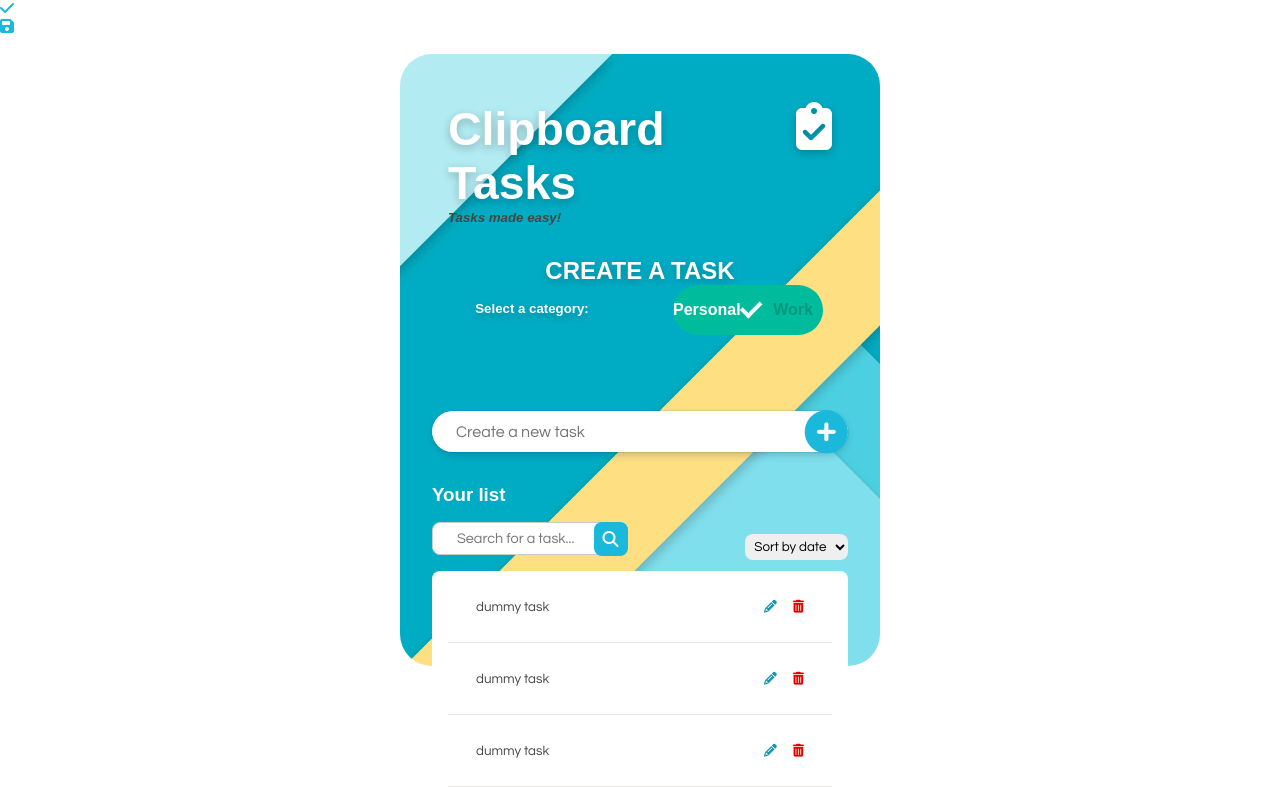
Repository: WesleyErasmus/Todo-App
Page: todoApp.html
These files come from the project's save history. The page is drawn as it stood at one moment and after the next save; the edit follows.
The browser window is 1280 px wide. The pictures show the whole page.
Some web fonts or font styles are not loaded; a fallback is used. Some web libraries are served in a nearby version.

Above is the page before, as saved 2022-06-12 17:07:27.

### todoApp.html
<!DOCTYPE html>
<html lang="en">
<head>
    <meta charset="UTF-8">
    <meta http-equiv="X-UA-Compatible" content="IE=edge">
    <meta name="viewport" content="width=device-width, initial-scale=1.0">
    <title>Todo App</title>
    <script src="https://kit.fontawesome.com/81ea498f91.js" crossorigin="anonymous"></script>
    <link rel="stylesheet" href="/source/css/todoApp.css">
    <script src="/source/script/todoApp.js" defer></script>
</head>
<body>
    <!-- App wrapper -->
    <main class="app-wrapper">
        <!-- App header -->
        <header>
            <div>
            <h1 class="slogan">Clipboard Tasks</h1>
            <h5 class="slogan-2"><em>Tasks made easy!</em></h5>
            </div>
            <div id="jumbotron-logo"><i class="fa-solid fa-clipboard-check fa-3x"></i></div>
        </header>

        <h2 id="create-task-heading">CREATE A TASK</h2>

        <!-- Categories section -->
        <section>
        <form id="todo-list-form">
           <div class="test">

            <h5 class="category-heading">Select a category:</h5>

            <div class="toggle-radio">
                <input type="radio" name="rdo" id="yes" checked>
                <input type="radio" name="rdo" id="no">
                <div class="switch">
                  <label for="yes">Personal</label>
                  <label for="no">Work</label>
                  <span></span>
                </div>
              </div>

            </div>
            <!-- <div class="category-selectors"> -->
                <!-- Personal category (make to assign as default, unless user selects work category) -->
                <!-- <label id="personal-label-btn">
                    <input type="radio" name="category" value="Personal" id="personal-category" />
                    <div>Personal</div>
                </label> -->
                <!-- Work category -->
                <!-- <label id="work-label-btn">
                    <input type="radio" name="category" value="Work" id="work-category" />
                    <div>Work</div>
                </label>
            </div> -->
            <!-- End of radio categories div -->
            <div class="create-submit">
            <input type="text" name="create-task" id="create-task" placeholder="Create a new task" />
            <button id="task-submit-btn" type="submit" value="create-new-task">
                <i class="fa-solid fa-circle-plus"></i>
            </button>
        </div>
        </form>
        </section>

        <!-- Task list is created here, new tasks are outputted below -->
        <section class="todo-list-output">
            <div id="list-header">
            <h3>Your list</h3>
            </div>
            <!-- SEARCH BAR -->
            <div id="search-filter-section">
                <form id="search-bar">
                <input type="text"
                id="search-bar"
                placeholder="Search for a task...">
                <button type="submit"><i class="fa fa-search"
                id="search-submit-btn"></i></button>
                </form>
                <!-- Classic filter dropdown -->
                <div>
                    <select name="filter" id="filter">
                    <option value="Date">Sort by date</option>
                    <option value="Name">Sort by title</option>
                    </select>
                    <!-- <i class="fa-solid fa-arrow-down-wide-short"></i> -->
                </div>

                </div>
            <!-- Actual task list output -->
            <div class="tasks" id="tasks">

                <div class="dummy-task">

                    <div class="task-name">
                        <input type="text"
                        class="text"
                        value="dummy task"
                        readonly>
                        <div class="edit-delete">
                            <button class="edit"><i class="fa-solid fa-pencil"></i></button>
                            <button class="delete"><i class="fa fa-trash" aria-hidden="true"></i></button>
                        </div>
                    </div>
                </div>

                <div class="dummy-task">

                    <div class="task-name">
                        <input type="text"
                        class="text"
                        value="dummy task"
                        readonly>
                        <div class="edit-delete">
                            <button class="edit"><i class="fa-solid fa-pencil"></i></button>
                            <button class="delete"><i class="fa fa-trash" aria-hidden="true"></i></button>
                        </div>
                    </div>
                </div>

                <div class="dummy-task">

                    <div class="task-name">
                        <input type="text"
                        class="text"
                        value="dummy task"
                        readonly>
                        <div class="edit-delete">
                            <button class="edit"><i class="fa-solid fa-pencil"></i></button>
                            <button class="delete"><i class="fa fa-trash" aria-hidden="true"></i></button>
                        </div>
                    </div>
                </div>

            </div>

        </section>

    </main> <!-- End of App wrapper -->
        <!-- Save icon and task complete icon -->
                <li><i class="fa-solid fa-check"></i></li>
                <li><i class="fa-solid fa-floppy-disk"></i></li>

</body>
</html>

### source/css/todoApp.css
@import url('https://fonts.googleapis.com/css2?family=Lexend+Tera:wght@100&family=Questrial&display=swap');


/* CSS Variables */
:root {
    --background-color: #fff;
    --primary: #1AB8DB;
    --secondary: #1593AF;
    --delete: #E50000;
    --grey: #ccc9c9;
    --dark-grey: #444444;

    --text-shadows: text-shadow: rgba(0, 0, 0, 0.24) 0px 3px 8px;
    --box-shadows: box-shadow: rgba(9, 30, 66, 0.25) 0px 4px 8px -2px, rgba(9, 30, 66, 0.08) 0px 0px 0px 1px;

    /* add linear gradients */
}

/* Universal selector styling */
* {
    box-sizing: border-box;
    margin: 0;
    padding: 0;
    font-family: 'Lexend Tera', sans-serif;
    list-style: none;
}

/* Below will remove input and checkbox default styling */
input:not([type="radio"]):not([type="checkbox"]), button {
	appearance: none;
	border: none;
	outline: none;
	background: none;
	cursor: initial;
}

/* *** UNIVERSAL BUTTON STYLING *** */
button {
	appearance: none;
	border: none;
	outline: none;
	background: none;
	cursor: initial;
    cursor: pointer;
}

body {
    background-color: var(--background-color);
    color: var(--primary);
}

main {
    padding-top: 2rem;
    background-color: var(--secondary);
    background-image: url(/images/bg-1.jpg);
    background-size: cover;
    background-position: center;
    background-repeat: no-repeat;
    border-radius: 2rem;
    padding-left: 2rem;
    padding-right: 2rem;
    flex: 1 1 0%;
    align-items: center;
    justify-content: center;
    max-width: 480px;
    height: 85vh;
    width: 100%;
    position: absolute;
    top: 50%;
    left: 50%;
    margin-right: -50%;
    transform: translate(-50%, -50%)
}

section {
    margin-top: 1rem;
    margin-bottom: 2rem;
}

header {
    display: flex;
    justify-content: space-between;
    padding: 1rem;
    border-radius: 1rem;
    /* add gradient color to font and logo */
}
.slogan {
    color: #fff;
    font-family: 'Lexend Tera', sans-serif;
    font-size: 2.9rem;
    text-shadow: rgba(0, 0, 0, 0.24) 0px 3px 8px;
    /* -webkit-background-clip: text;
    -webkit-text-fill-color: transparent; */
}
.slogan-2 {
    color: #444444;
}

#jumbotron-logo {
    color: #fff;
    text-shadow: rgba(0, 0, 0, 0.24) 0px 3px 8px;
}
/* create task H3 styling*/
#create-task-heading {
    color: var(--background-color);
    margin-top: 1rem;
    text-align: center;
    text-shadow: rgba(0, 0, 0, 0.24) 0px 3px 8px;
}
/* Select category h2 styling */
.category-heading {
    color: var(--background-color);
    text-align: center;
    margin-bottom: 0.75rem;
    text-shadow: rgba(0, 0, 0, 0.24) 0px 3px 8px;
}

/* Work / personal category selector styling */
.category-selectors {
    display: grid;
    grid-template-columns: repeat(2, 1fr);
    grid-gap: 1rem;
    margin-bottom: 1rem;
}

label {
    font-family: 'Karla', sans-serif;
    font-weight: 590;
}

.category-selectors label{
    display: flex;
    flex-direction: column;
    justify-content: center;
    align-items: center;
    background-color: var(--primary);
    padding: 1rem 2rem;
    border-radius: 999999px;
    color: #fff;
    box-shadow: var(--box-shadows);
}

/* change the below id to #work-category-btn */
#work-label-btn {
    font-family: 'Karla', sans-serif;
    background-color: var(--grey);
}

#create-task {
    margin-top: 75px;
    font-family: 'Questrial', sans-serif;
	display: block;
	width: 100%;
	font-size: 1rem;
	padding: 0.79rem 1.5rem;
    padding-right: 0rem;
	color: var(--dark-grey);
	background-color: var(--background-color);
    box-shadow: rgba(9, 30, 66, 0.25) 0px 4px 8px -2px, rgba(9, 30, 66, 0.08) 0px 0px 0px 1px;
    border-radius: 9999px;

}

/* change to task add btn */
#task-submit-btn{
    position: absolute;
    display: block;
    right: 0rem;
    bottom: -0.5px;
    border: none;
    background-color: transparent;
    color: var(--primary);
}

.fa-circle-plus {
    font-size: 2.7rem;
}

/* add gradient color to fa-logo */

.create-submit {
    position: relative;
    display: flex;
    justify-content: center;
    align-items: center;
    text-align: center;
    margin-top: 0.5rem;
}

.create-task {
    text-align: center;
}

#list-header {
width: 80%;
display: flex;
justify-content: space-between;
margin-bottom: 1rem;
color: #fff;
}

#search-filter-section {
    display: flex;
    margin: 0 auto;
    justify-content: space-between;
    margin-top: 1rem;
    text-align: center;
    align-items: center;
}

#search-bar {
    position: relative;
    display: flex;
    justify-content: center;
    align-items: center;
    width: 47%;
}

#search-bar input{
    font-family: 'Questrial', sans-serif;
	display: block;
	width: 100%;
	font-size: 0.9rem;
	padding: 0.50rem 1.5rem;
    padding-right: 0rem;
	color: var(--dark-grey);
	background-color: var(--background-color);
    border: 0.1px solid var(--grey);
    border-radius: 0.5rem;
    margin-bottom: 1rem;
}

#search-submit-btn {
    position: absolute;
    display: block;
    right: 0rem;
    top: 0;
    background-color: var(--primary);
    border-top-left-radius: 0.5rem;
    border-bottom-left-radius: 0.5rem;
    border-top-right-radius: 0.5rem;
    border-bottom-right-radius: 0.5rem;
    padding: 0.56rem;
    color: #fff;
}

/* Font-awesome search icon styling */
.fa-search {
    font-size: 1rem;
    color: var(--primary);
}

/* Filter styling */
.filter {
    font-family: 'Questrial', sans-serif;
    font-size: 1.1rem;
    font-weight: 500;
    color: var(--secondary);
    text-shadow: var(--text-shadows);
}

.fa-arrow-down-wide-short {
    color: var(--primary);
}

select {
    margin-left: 0.3rem;
    padding: 0.3rem;
    border: none;
    outline: 0;
    /* border: 1px var(--grey) solid; */
    border-radius: 0.5rem;
    font-family: 'Questrial', sans-serif;
    box-shadow: var(--box-shadows);
}
option {
    font-family: 'Questrial', sans-serif;
}

#tasks {
    border-radius: 0.5rem;
    background-color: #fff;
}

#tasks .task-name {
    display: flex;
    justify-content: space-between;
    background-color: var(--background-color);
    padding: 1.75rem;
    background-color: #fff;
    margin-bottom: 0rem;
    margin: 0 1rem;
    border-bottom: 0.01px solid rgba(229, 225, 225, 0.919);
}

.dummy-task .task-name {
    flex: 1 1 0%;
}

.dummy-task .task-name .text {
    color: var(--dark-grey);
    font-family: 'Questrial', sans-serif;
    width: 100%;
    display: block;
    transition: 0.4s;
}

.dummy-task .edit-delete {
    display: flex;
    margin: 0 -0.5rem;

}

/* Edit button styling */

.fa-pencil {
    color: var(--secondary);
}

.fa-trash {
    color: var(--delete);
}

.dummy-task .edit-delete button {
    cursor: pointer;
    margin: 0 0.5rem;
    font-size: 0.8rem;
    font-weight: 700;
    text-transform: uppercase;
    transition: 0.4s;
}



/* CATEGORY TOGGLE */

.test {
    display: grid;
    grid-template-columns: repeat(2, 1fr);
    grid-gap: 1rem;
    margin-bottom: 1rem;
    margin: 0 auto;
}

.toggle-radio {
    position: relative;
}

.switch {
    position: absolute;
    top: 50%;
    left: 50%;
    width: 150px;
    height: 50px;
    text-align: center;
    margin: -30px 0 0 -75px;
    background: #00bc9c;
    transition: all 0.2s ease;
    border-radius: 25px;
  }
  .switch span {
    position: absolute;
    width: 20px;
    height: 4px;
    top: 50%;
    left: 50%;
    margin: -2px 0px 0px -4px;
    background: #fff;
    display: block;
    transform: rotate(-45deg);
    transition: all 0.2s ease;
  }
  .switch span:after {
    content: "";
    display: block;
    position: absolute;
    width: 4px;
    height: 12px;
    margin-top: -8px;
    background: #fff;
    transition: all 0.2s ease;
  }
  input[type=radio] {
    display: none;
  }
  .switch label {
    cursor: pointer;
    color: rgba(0,0,0,0.2);
    width: 60px;
    line-height: 50px;
    transition: all 0.2s ease;
  }
  label[for=yes] {
    position: absolute;
    left: 0px;
    height: 20px;
  }
  label[for=no] {
    position: absolute;
    right: 0px;
  }
  #no:checked ~ .switch {
    background: #eb4f37;
  }
  #no:checked ~ .switch span {
    background: #fff;
    margin-left: -8px;
  }
  #no:checked ~ .switch span:after {
    background: #fff;
    height: 20px;
    margin-top: -8px;
    margin-left: 8px;
  }
  #yes:checked ~ .switch label[for=yes] {
    color: #fff;
  }
  #no:checked ~ .switch label[for=no] {
    color: #fff;
  }

### source/script/todoApp.js
// *** FILTER BTN SCRIPT ***

/* When the user clicks on the button,
toggle between hiding and showing the dropdown content */
// function myFunction() {
//     document.getElementById("myDropdown").classList.toggle("show");
//   }

//   // Close the dropdown if the user clicks outside of it
//   window.onclick = function(event) {
//     if (!event.target.matches('.dropbtn')) {
//       var dropdowns = document.getElementsByClassName("dropdown-content");
//       var i;
//       for (i = 0; i < dropdowns.length; i++) {
//         var openDropdown = dropdowns[i];
//         if (openDropdown.classList.contains('show')) {
//           openDropdown.classList.remove('show');
//         }
//       }
//     }
//   }
//   *** END OF FILTER BUTTON ***

After the next save:
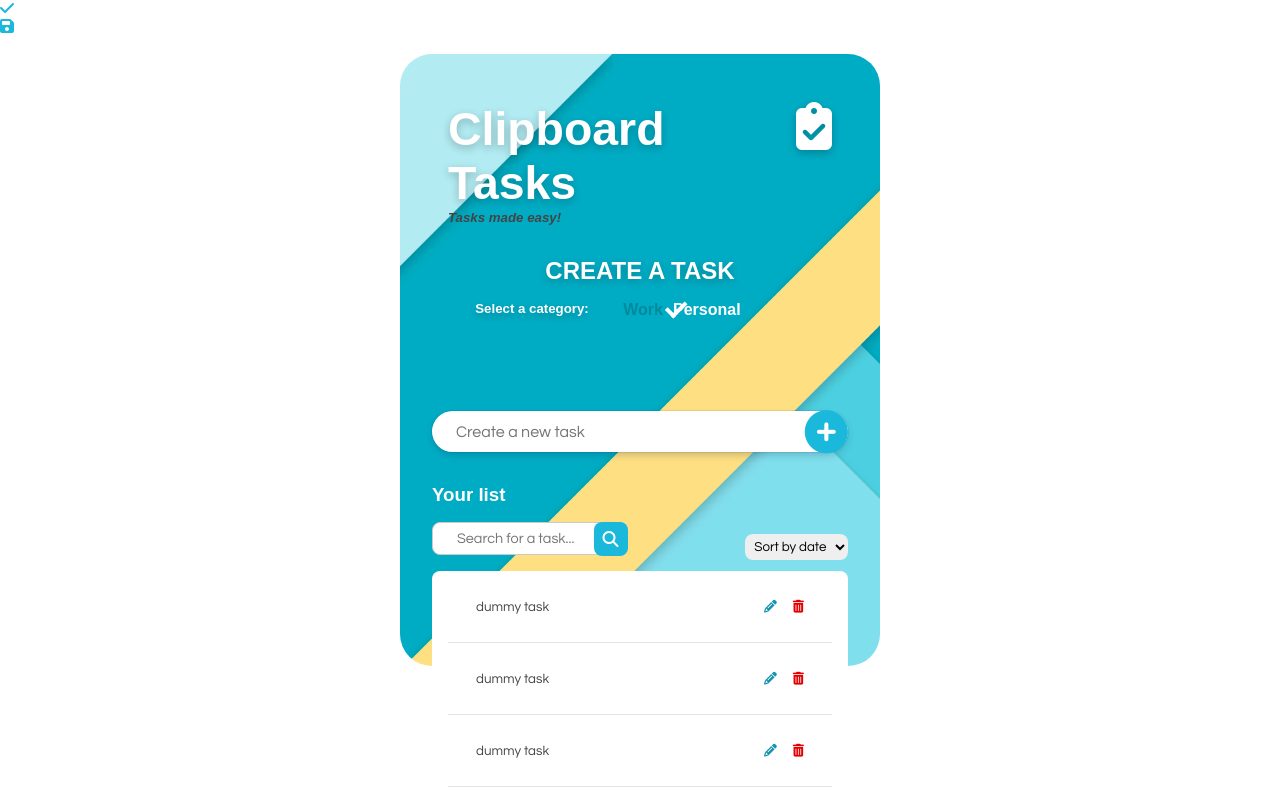
Saved 22 s later.
--- a/source/css/todoApp.css
+++ b/source/css/todoApp.css
@@ -350,7 +350,8 @@ option {
     position: absolute;
     top: 50%;
     left: 50%;
-    width: 150px;
+    /* width: 150px; */
+    width: auto;
     height: 50px;
     text-align: center;
     margin: -30px 0 0 -75px;

After the 3 saves that followed:
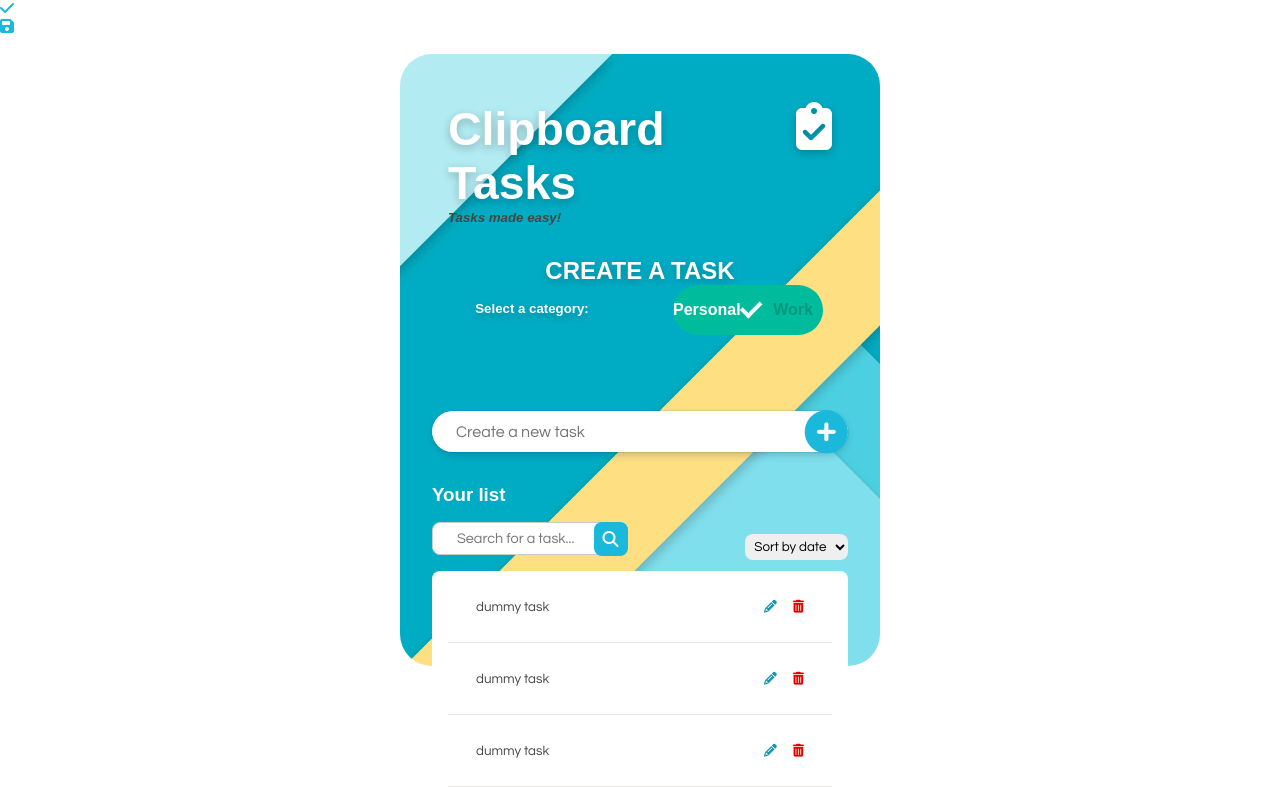
The 3 saves are shown as one change because 1 left the picture as it was and some came seconds apart.
The last was saved 13 s later.
--- a/source/css/todoApp.css
+++ b/source/css/todoApp.css
@@ -350,8 +350,7 @@ option {
     position: absolute;
     top: 50%;
     left: 50%;
-    /* width: 150px; */
-    width: auto;
+    width: 150px;
     height: 50px;
     text-align: center;
     margin: -30px 0 0 -75px;
